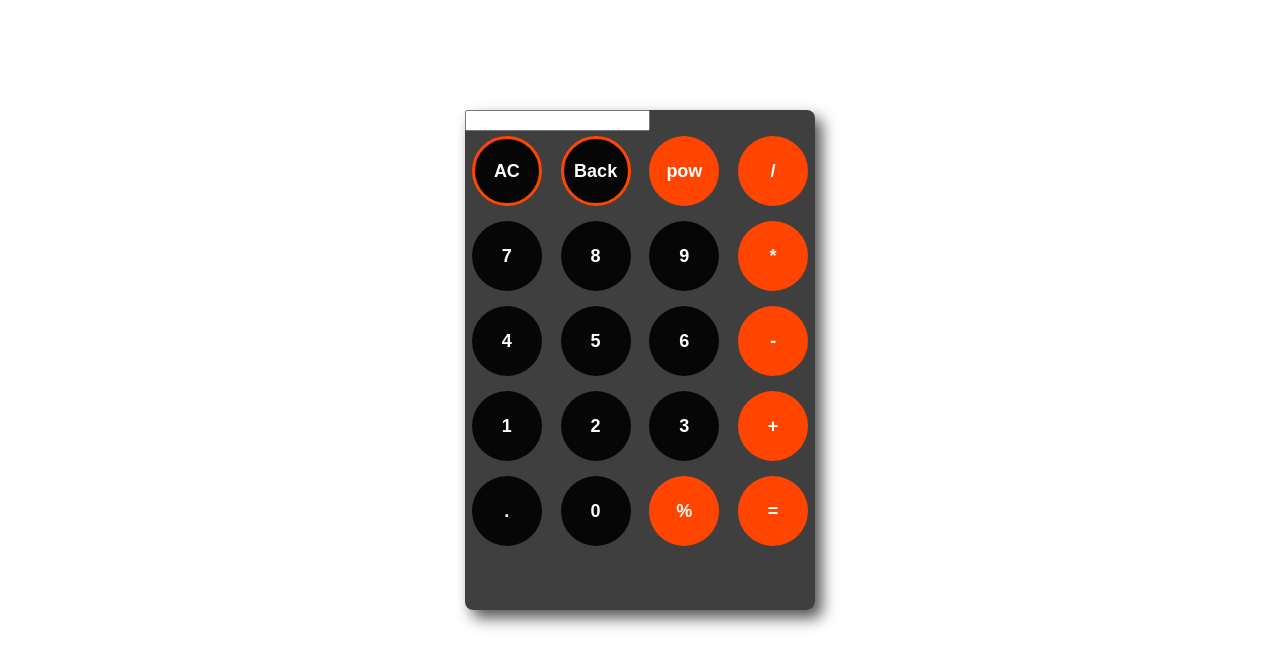
Repository: SakthivelDurai47/calculator
Page: index.html
The author's editor kept a copy of each file at every save. The page is drawn from the files as they stood at one save, then again after the next save.
The browser window is 1280 px wide. The pictures show the whole page.

Above is the page before, as saved 2025-04-13 15:26:25.

After the next save:
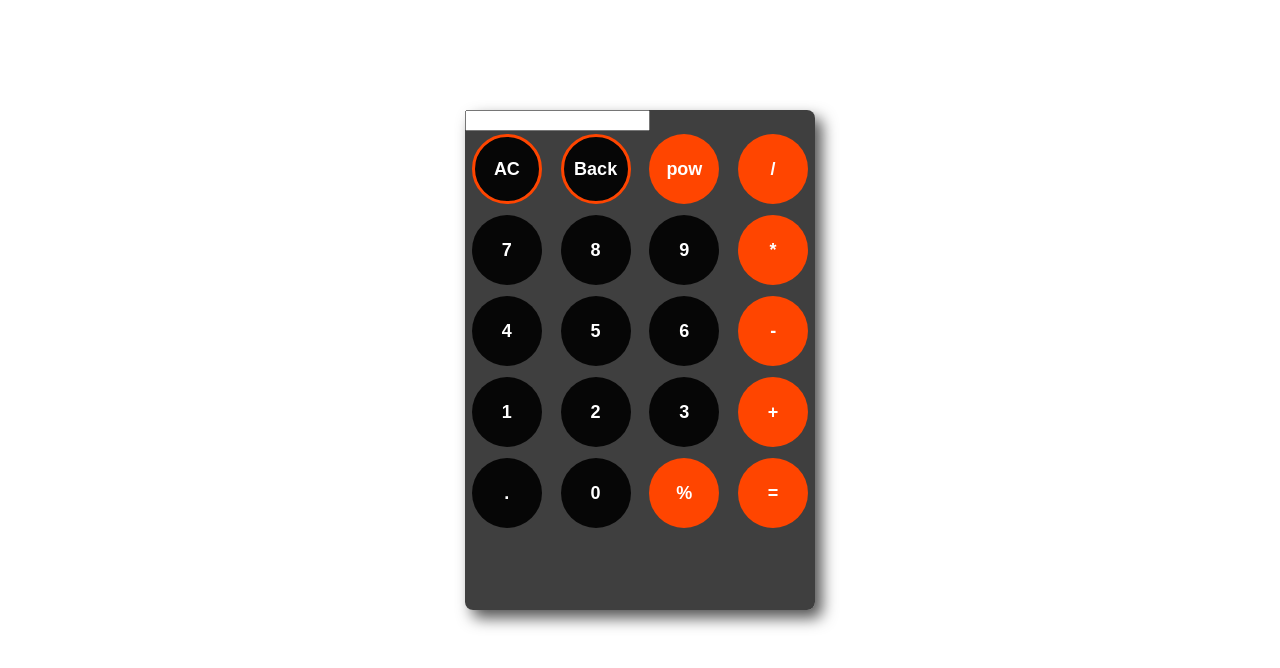
Saved 6 s later.
--- a/styles.css
+++ b/styles.css
@@ -21,7 +21,7 @@ button {
   color: white;
   font-size: large;
   font-weight: bold;
-  margin: 5px;
+  margin: 3px;
 }
 button:hover {
   background-color: rgba(0, 0, 0, 0.5);
